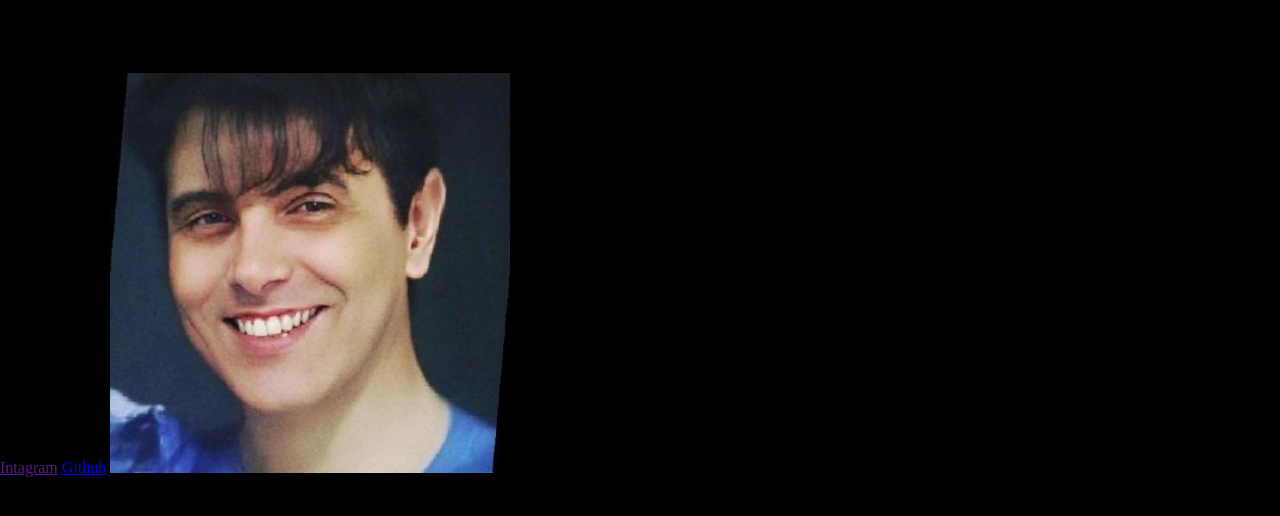
Repository: phsmottanerd/projeto-portfolio-alura
Page: index.html
The author's editor kept a copy of each file at every save. The page is drawn from the files as they stood at one save, then again after the next save.
The browser window is 1280 px wide. The pictures show the whole page.

Above is the page before, as saved 2025-01-13 15:16:37.

### index.html
<!DOCTYPE html>
<html lang="pt-br">
<head>
    <meta charset="UTF-8">
    <meta name="viewport" content="width=device-width, initial-scale=1.0">
    <link rel="stylesheet" href="style.css">
    <title>Portfólio</title>
</head>
<body>
    <header></header>
    <main>
        <h1> Eleve seu negócio digital a outro nível com <strong> um Front-end de qualidade</strong></h1>
    <p>Olá sou Paulo Henrique Satana Motta ,Desenvolvedor Front _end
         com especialidade em React, Html e CSS, Ajudo pequenos negócios e designres a colocarem em pratica boas
         idéias.Vamos conversar
    </p>
<a href="">Intagram</a>
<a href="https://github.com/phsmottanerd?tab=repositories">Github</a>
<img src="./img/1722867171561.jpg" alt="imgem-foto">
    </main>
    <footer></footer>
</body>
</html>

### style.css
*{
padding: 0;
margin:0;
box-sizing: border-box;


}
body{
background-color:black;


}
p{
color:ffff;

}

After the next save:
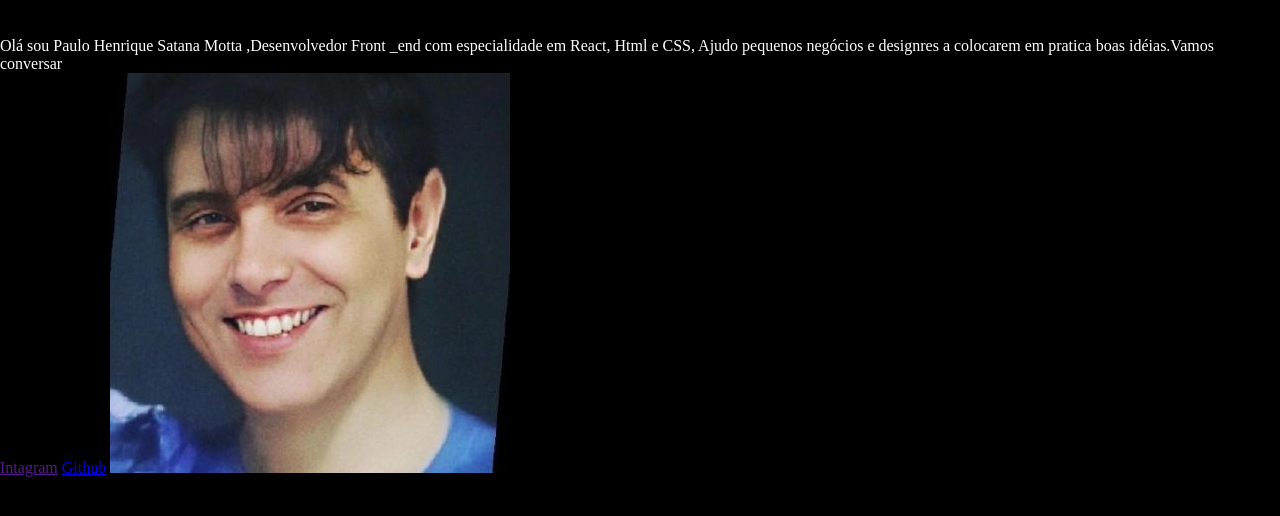
Saved 8 s later.
--- a/style.css
+++ b/style.css
@@ -11,6 +11,6 @@ background-color:black;
 
 }
 p{
-color:ffff;
+color:#ffff;
 
 }
